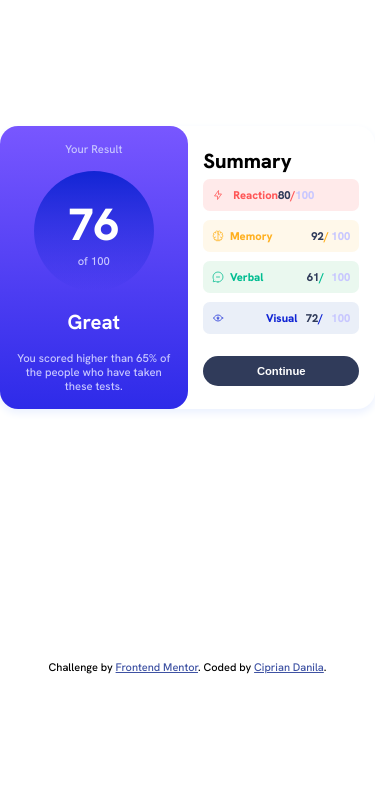
Repository: cipdanila/results-summary-component
Page: index.html
An editor plug-in stored every save of this project. The page is shown before and after the next save, followed by the edit.
The browser window is 375 px wide. The pictures show the whole page.

Above is the page before, as saved 2024-02-05 20:20:50.

After the next save:
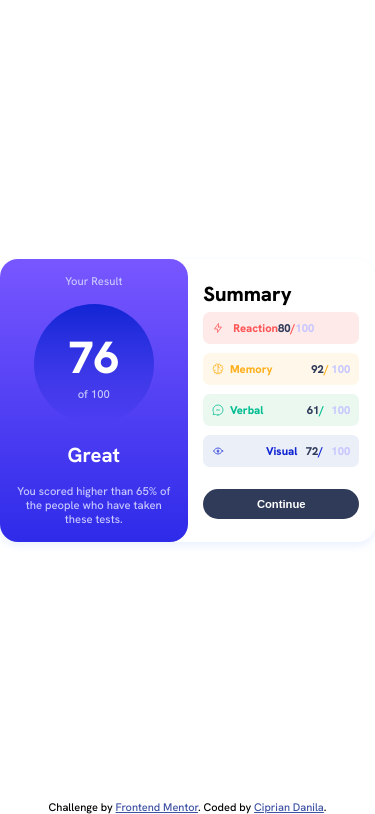
Saved 14 s later.
--- a/styles.css
+++ b/styles.css
@@ -210,7 +210,7 @@
 }
 
 @media(max-width:600px) {
-    body {
+    main {
         min-height: 100vh;
         display: grid;
         place-items: center;
